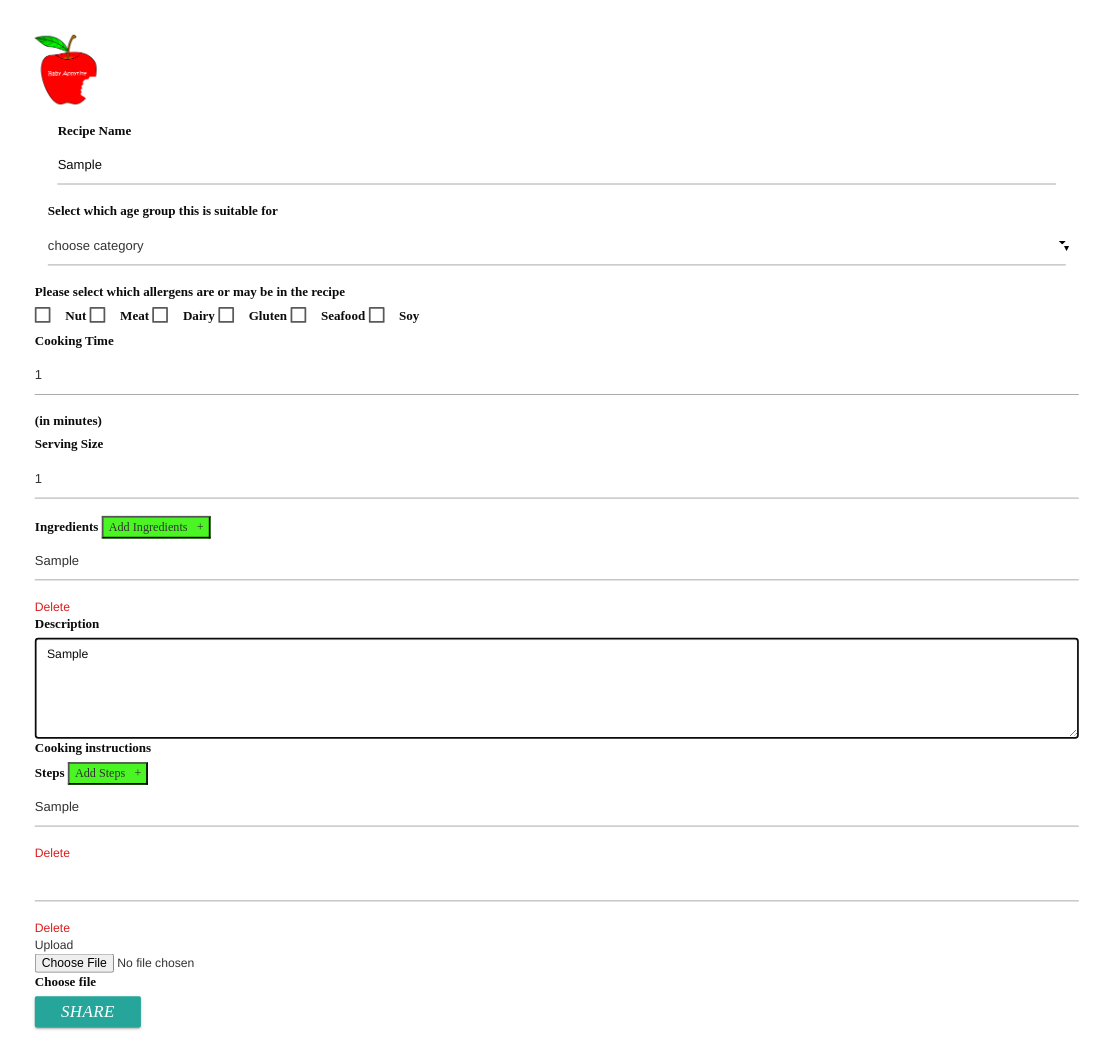
Repository: blueag8/babyappytite
Page: http://localhost/addrecipe
The author's editor kept a record of every edit. The page is drawn from the files as they stood at one moment, then again after the next edit.
The browser window is 1280 px wide. The pictures show the whole page, at 87% of full size.
Empty fields were first filled with sample values (such as "Sample", 5 or name@example.com).
After loading, the first visible `button.add_steps` was clicked once.
Some web fonts or font styles are not loaded; a fallback is used. Some web libraries are served in a nearby version. The page is served by the project's application, run on Flask 3 (app.py). Queries for data that is not in the repository find no rows.

Above is the page before.

### templates/addrecipe.html
{% extends 'base.html'%}{% block content %}



<div class="form row">
<form action="{{ url_for('insert_recipe') }}" name="form" method="POST" class="col s12">
      <label class="recipe_name">Recipe Name</label>
      <input type="text" class="form-control" id="recipe_name" name="recipe_name" placeholder="eg. Sweet Potato Mash">
    </div>

<div class="row">
    <div class="category_age">
      <label for="category_age">Select which age group this is suitable for</label>
        <select class="category_age" id="category_age" name="category_age" onclick="getOption()"required>
          <option value=""disabled>choose category</option>
               {% for category_age in all_ages %}
          <option value="{{category_age.category_age}}">{{category_age.category_age}}</option>
               {% endfor %}
        </select>
      </div>
  </div>
</div>

  <div class = "allergens">
     <label for="allergens" name="allergen">Please select which allergens are or may be in the recipe</label>
      <div class="form-check form-check-inline">
        <input class="form-check-input" type="checkbox" id="nut" name="allergen" value="nut">
        <label class="form-check-label" for="nut">Nut</label>


        <input class="form-check-input" type="checkbox" id="meat" name="allergn" value="meat">
        <label class="form-check-label" for="meat">Meat</label>


        <input class="form-check-input" type="checkbox" id="dairy" name="allergen" value="dairy">
        <label class="form-check-label" for="dairy">Dairy</label>

        <input class="form-check-input" type="checkbox" id="gluten" name="allergen" value="gluten">
        <label class="form-check-label" for="gluten">Gluten</label>

        <input class="form-check-input" type="checkbox" id="seafood" name="allergen" value="seafood">
        <label class="form-check-label" for="seafood">Seafood</label>

        <input class="form-check-input" type="checkbox" id="soy" name="allergen" value="soy">
        <label class="form-check-label" for="soy">Soy</label>
    </div>
</div>

<div class="row">
    <label for="cooking_time">Cooking Time</label>

      <input type="number" name="cooking_time" min="0" max="100" step="1" value="1">
      <label>(in minutes)</label>
  </div>

 <div class="row">
    <label for="portion_sizes">Serving Size</label>
    <input type="number" name="portion_size" min="0" max="100" step="1" value="1">
  </div>


<div class="row">
    <div class= "wrapper">
       <div class="container1">
        <label for="ingredients">Ingredients</label>
        <button class="add_ingredients">Add Ingredients &nbsp;
          <span>+ </span>
        </button>
        <div><input type="text" name="ingredient" placeholder="Sweet Potato">
          <a href="#" class="delete">Delete</a></div>
      </div>
    </div>
  </div>
</div>

 <div class="recipe_description">
    <label for="recipe_description">Description</label>
      <div class="row">
      <textarea class="form-control" id="recipe_description" name="recipe_description" rows="5" placeholder="Description of the recipe or any additional notes you would like to add here"></textarea>
       </div>
    </div>

 <div class="steps">
    <label for="add_steps">Cooking instructions</label>
<!-------https://stackoverflow.com/questions/14853779/adding-input-elements-dynamically-to-form ----->
      <div class= "wrapper">
        <div class="container2">
         <label for="Steps">Steps</label>
          <button class="add_steps">Add Steps &nbsp;
            <span>+ </span>
          </button>
            <div><input type="text" name="step" placeholder="eg. wash vegetables">
            <a href="#" class="delete">Delete</a></div>
            </div>
        </div>
     </div>
 </div>

  <div class="input-group mb-3">
  <div class="input-group-prepend">
    <span class="input-group-text">Upload</span>
  </div>
  <div class="custom-file">
    <input type="file" class="custom-file-input" id="image" name="image">
    <label class="custom-file-label" for="image">Choose file</label>
  </div>
</div>


<!-- Button trigger modal -->
 <div class="row">
      <button class="btn btn-primary" data-toggle="modal" data-target="#exampleModalCenter">
          <i class="material-icons add_box">Share</i>
       </button>

<!-- Modal -->
<div class="modal fade" id="exampleModalCenter" tabindex="-1" role="dialog" aria-labelledby="exampleModalCenterTitle" aria-hidden="true">
  <div class="modal-dialog modal-dialog-centered" role="document">
    <div class="modal-content">
      <div class="modal-header">
        <h5 class="modal-title" id="exampleModalLongTitle"></h5>
        <button type="button" class="close" data-dismiss="modal" aria-label="Close">
          <span aria-hidden="true">&times;</span>
        </button>
      </div>
      <div class="modal-body">
       Thank you for sharing! Return to home page?
      </div>
      <div class="modal-footer">
        <button type="button" class="btn btn-secondary" data-dismiss="modal">No changed my mind</button>
        <button type="submit" class="btn btn-primary" name="action" value="submit">Yes, Please Share</button>
      </div>
    </div>
  </div>
</div>

  </div>
</div>
</div>
</form>

 {% endblock %}

### templates/base.html
<!DOCTYPE html>
<html lang="en">
<head>
    <meta charset="UTF-8">
    <meta name="viewport" content="width=device-width, initial-scale=1.0">
    <meta http-equiv="X-UA-Compatible" content="ie=edge">

    <title>"Baby Appy-tite | Recipes for 6 months +"</title>

    <link rel="stylesheet" href="https://maxcdn.bootstrapcdn.com/bootstrap/3.3.7/css/bootstrap.min.css" type="text/css">
    <link rel="stylesheet" href="https://stackpath.bootstrapcdn.com/font-awesome/4.7.0/css/font-awesome.min.css" type="text/css">
    <link href="https://fonts.googleapis.com/css?family=Emilys+Candy&display=swap" rel="stylesheet">
    <link rel="stylesheet" href="https://cdnjs.cloudflare.com/ajax/libs/materialize/0.100.2/css/materialize.min.css">
    <link rel="stylesheet" href="{{url_for('static', filename='css/style.css')}}" type="text/css" />
</head>
<header>
         <div class="nav-wrapper">
              <div class="navbar img">
                 <a class="icon" href="{{url_for('home')}}">
                      <img src="/static/image/babyappytite.png">
                </a>
            </div>
        </div>
      </div>
</header>
<body>
    <div class="container-fluid">
        {% block content %}{% endblock %}
    </div>

    <script src="https://cdnjs.cloudflare.com/ajax/libs/jquery/3.3.1/jquery.min.js"></script>
    <script src="https://cdnjs.cloudflare.com/ajax/libs/jquery/3.2.1/jquery.min.js"></script>
    <script src="https://maxcdn.bootstrapcdn.com/bootstrap/3.3.7/js/bootstrap.min.js" integrity="sha384-Tc5IQib027qvyjSMfHjOMaLkfuWVxZxUPnCJA7l2mCWNIpG9mGCD8wGNIcPD7Txa" crossorigin="anonymous"></script>
    <script src="https://cdnjs.cloudflare.com/ajax/libs/materialize/0.100.2/js/materialize.min.js"></script>
    <script type="text/javascript">
        $(document).ready(function() {
    var max_fields = 10;
    var wrapper = $(".container1");
    var add_button = $(".add_ingredients");
    var x = 1;
    $(add_button).click(function(e) {
        e.preventDefault();
        if (x < max_fields) {
            x++;
            $(wrapper).append('<div><ol><input type="text" name="ingredient[]"/></ol><a href="#" class="delete">Delete</a></div>'); //add input box
        } else {
            alert('You Reached the limits');
        }
    });
    $(wrapper).on("click", ".delete", function(e) {
        e.preventDefault();
        $(this).parent('div').remove();
        x--;
    });
 });
    </script>

 <script type="text/javascript">
 $(document).ready(function() {
    var max_fields = 10;
    var wrapper = $(".container2");
    var add_button = $(".add_steps");
    var x = 1;
    $(add_button).click(function(e) {
        e.preventDefault();
        if (x < max_fields) {
            x++;
            $(wrapper).append('<div><input type="text" name="step[]"/><a href="#" class="delete">Delete</a></div>'); //add input box
        } else {
            alert('You Reached the limits');
        }
    });
    $(wrapper).on("click", ".delete", function(e) {
        e.preventDefault();
        $(this).parent('div').remove();
        x--;
    });
 });
      </script>

  <script type="text/javascript">
    $(document).ready(function() {
    $('select').material_select();
  });
    </script>



</body>

</html>

### app.py
import pymongo
import os


from bson.objectid import ObjectId
from flask import Flask, render_template, redirect, request, url_for, flash
from flask_pymongo import PyMongo

#connect to database
app = Flask(__name__)

app.config['MONGO_DBNAME'] ="Baby_Recipes"
app.config["MONGO_URI"] ="mongodb+srv://blueag8:mongo8@cluster0-iodau.mongodb.net/Baby_Recipes?retryWrites=true&w=majority"
app.config['SECRET_KEY'] = 'yum'

mongo = PyMongo(app)


#home page



@app.route('/')
def home():
    return render_template("index.html", recipes=mongo.db.recipes.find(), all_ages=mongo.db.category_age.find())

#get
#single recipe

@app.route('/recipe/<recipe_id>')
def recipe(recipe_id):
    recipes=mongo.db.recipes.find({"_id": ObjectId(recipe_id)})
    category_age=mongo.db.category_age.find()
    return render_template("recipe.html", recipes=recipes, category_age=category_age)

#TEST1

#recipes categorized per page route

#@app.route('/recipes')
#def recipes():
   # recipes=mongo.db.recipes.find()
    #TEST
    #for recipe in recipes:
      #  print(recipe)

   # return render_template("recipes.html")

@app.route('/sixmonth_recipes')
def sixmonth_recipes():
   return render_template("recipes.html", recipes=mongo.db.recipes.find({"category_age":"6 months +"}))

@app.route('/sevenmonth_recipes')
def sevenmonth_recipes():
    return render_template("recipes.html", recipes=mongo.db.recipes.find({"category_age":"7 months +"}))

@app.route('/tenmonth_recipes')
def tenmonth_recipes():
    return render_template("recipes.html", recipes=mongo.db.recipes.find({"category_age":"10 months +"}))

@app.route('/twelvemonth_recipes')
def twelvemonth_recipes():
    return render_template("recipes.html",recipes=mongo.db.recipes.find())

#add recipe

@app.route('/addrecipe')
def addrecipe():
    #return render_template("testform.html",recipes=mongo.db.recipes.find(),
          # categories=mongo.db.categories.find())
    return render_template("addrecipe.html", all_ages=mongo.db.category_age.find())

#@app.route('/insert_recipe', methods=['POST'])
#def insert_recipe():
   # recipes=mongo.db.recipes
   # recipes.insert(request.form.to.dict(flat=False))
   # flash ("Thank you, your recipe has been added!")

    #return render_template("addrecipe.html", recipe=recipe)
    #Test1 Failed

    #Testing2
@app.route('/insert_recipe', methods=['POST'])
def insert_recipe():
    recipes=mongo.db.recipes
    all_ages=mongo.db.category_age

    recipe_name=request.form["recipe_name"]
    category_age=request.form.get("category_age")
    cooking_time=int(request.form["cooking_time"])
    portion_sizes=int(request.form["portion_size"])
    allergens=request.form.getlist("allergen")
    ingredients=request.form.getlist("ingredient")
    recipe_description=request.form["recipe_description"]
    steps=request.form.getlist("step")

    if 'image' in request.files:
        image = request.files["image"]
        filename = image.save(request.files['image'])
        filepath = 'static/image/uploads/' + filename
    else:
        filepath = 'static/image/babyappytite.png/'

    form={

        "recipe_name":recipe_name,
        "category_age":category_age,
        "cooking_time":cooking_time,
        "portion_size":portion_sizes,
        "allergen": allergens,
        "ingredient": ingredients,
        "recipe_description":recipe_description,
        "step": steps,

          }


    recipes.insert_one(form)

    return redirect(url_for('home', recipe=recipe, category_age=category_age))


#edit recipe
#@app.route('/editrecipe/<recipe_id>', methods=['GET','POST'])
#def editrecipe(recipe_id):

    #return render_template("testform.html",recipes=mongo.db.recipes.find(),
          # categories=mongo.db.categories.find())
    #return render_template("editrecipe.html",recipes=mongo.db.recipes.find({"_id": ObjectId(recipe_id)}),
          # categories=mongo.db.categories.find())

#TESTING
@app.route('/editrecipe/<recipe_id>')
def editrecipe(recipe_id):
    the_recipe = mongo.db.recipes.find_one({'_id': ObjectId(recipe_id)})
    all_ages=mongo.db.category_age.find()
    return render_template('editrecipe.html', recipe=the_recipe, category_age=all_ages)

@app.route('/update_recipe/<recipe_id>', methods=['POST'])
def update_recipe(recipe_id):
    recipes=mongo.db.recipes
    all_ages=mongo.db.category_age
    recipes.update( {'_id': ObjectId(recipe_id)},

    {
            'recipe_name':request.form.get("recipe_name"),
            'category_age':request.form.get("category_age"),
            'cooking_time':int(request.form["cooking_time"]),
            'portion_sizes':int(request.form["portion_size"]),
            'allergens':request.form.getlist('check'),
            'ingredients':request.form.getlist("ingredient"),
            'recipe_description':request.form.get("recipe_description"),
            'steps':request.form.getlist("step"),
            'filename':image.save(request.files['image']),
      })

    #flash ("Thank you, your recipe has been added!")
    return redirect(url_for('home'))

   # filepath = '../static/img/' + filename

    #filename = image.save(request.files['image']

@app.route('/delete_recipe/<recipe_id>')
def delete_recipe(recipe_id):
    mongo.db.recipes.remove({'_id': ObjectId(recipe_id)})
    return redirect(url_for('home'))

# routing for likes
#referred to another student's code for likes.

@app.route('/stars/<recipe_id>',methods=["GET", "POST"])
def stars(recipe_id):
    mongo.db.recipes.find_one_and_update(
        {'_id': ObjectId(recipe_id)},
        { '$inc': { 'stars': 1}}
    )

    return render_template("recipe.html")


if __name__ == '__main__':
    app.run(host=os.environ.get('IP'),
            port=int(os.environ.get('PORT')),
            debug=True)

### static/css/style.css
img {
    height: 170px;
}

img .edit {
    height: 80px;
}
.apple img {
    height: 250px;
}

body {
    padding: 30px;
}

.caterpillar img {
    height: 128px;
}
card-body {
    font-size: large;
    text-align: justify;
    text-align: right;
    padding: 20px;
    margin: 20px;
    font-style: inherit;
}


.navbar img {
    height: 80px;
}

.row {
    margin-bottom: 0px;
}

.form-control {
    color: #0c0c0c;
    background-color: #fff;
    background-image: none;
    border: 2px solid #0b0b0b;
}
label {
   color: #0c0c0c;
    font-family: 'Emilys Candy', cursive;
    /* font-family: Emily; */
    font-size: 15px;
}

button{
    background-color: #4bf524;
    font-family: 'Emily';
}
.delete {
    color: #db1f1f;
}

/*---------Navbar----------*/
.navbar {
    position: relative;
    min-height: 50px;
    margin-bottom: 20px;
    border: none;
    background-color: transparent;
}
.navbar-brand img {
    height: 50px;
}

 /* icon prefix focus color */
.input-field .prefix.active {
     color: red;
   }
/*-----Media Queries--------*/

@media (min-width: 375px)
{
body {
    margin: 10px;
}
img {
    height: 100px;
}
.age img {
    height: 170px;
}
apple img {
    height: 180px;
}
.caterpillar img {
    height: 80px;
}
img.edit {
    height: 50px;
}
}

After the next edit:
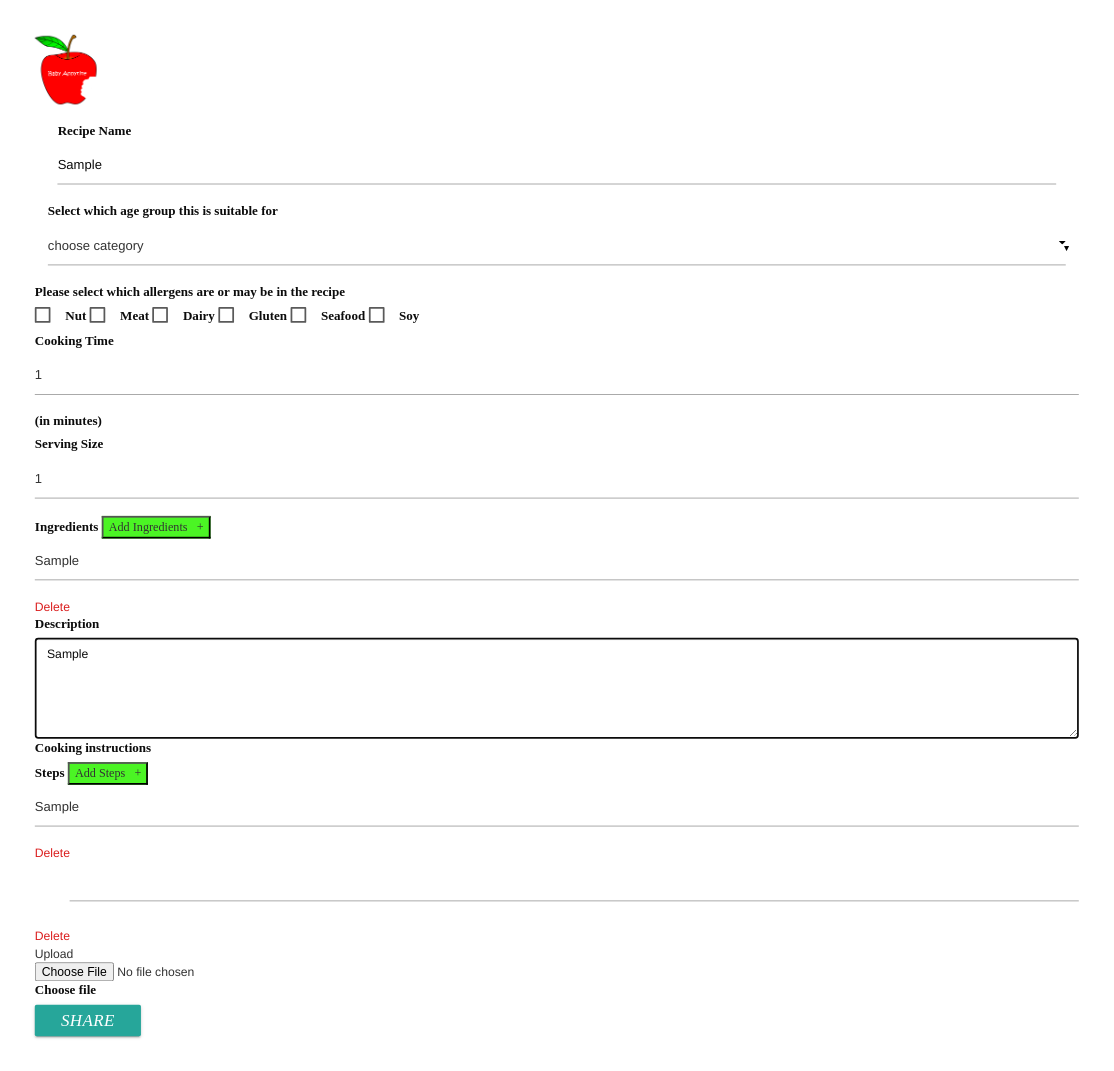
The edit:
--- a/templates/base.html
+++ b/templates/base.html
@@ -65,7 +65,7 @@
         e.preventDefault();
         if (x < max_fields) {
             x++;
-            $(wrapper).append('<div><input type="text" name="step[]"/><a href="#" class="delete">Delete</a></div>'); //add input box
+            $(wrapper).append('<div><ol><input type="text" name="step[]"/></ol><a href="#" class="delete">Delete</a></div>'); //add input box
         } else {
             alert('You Reached the limits');
         }
